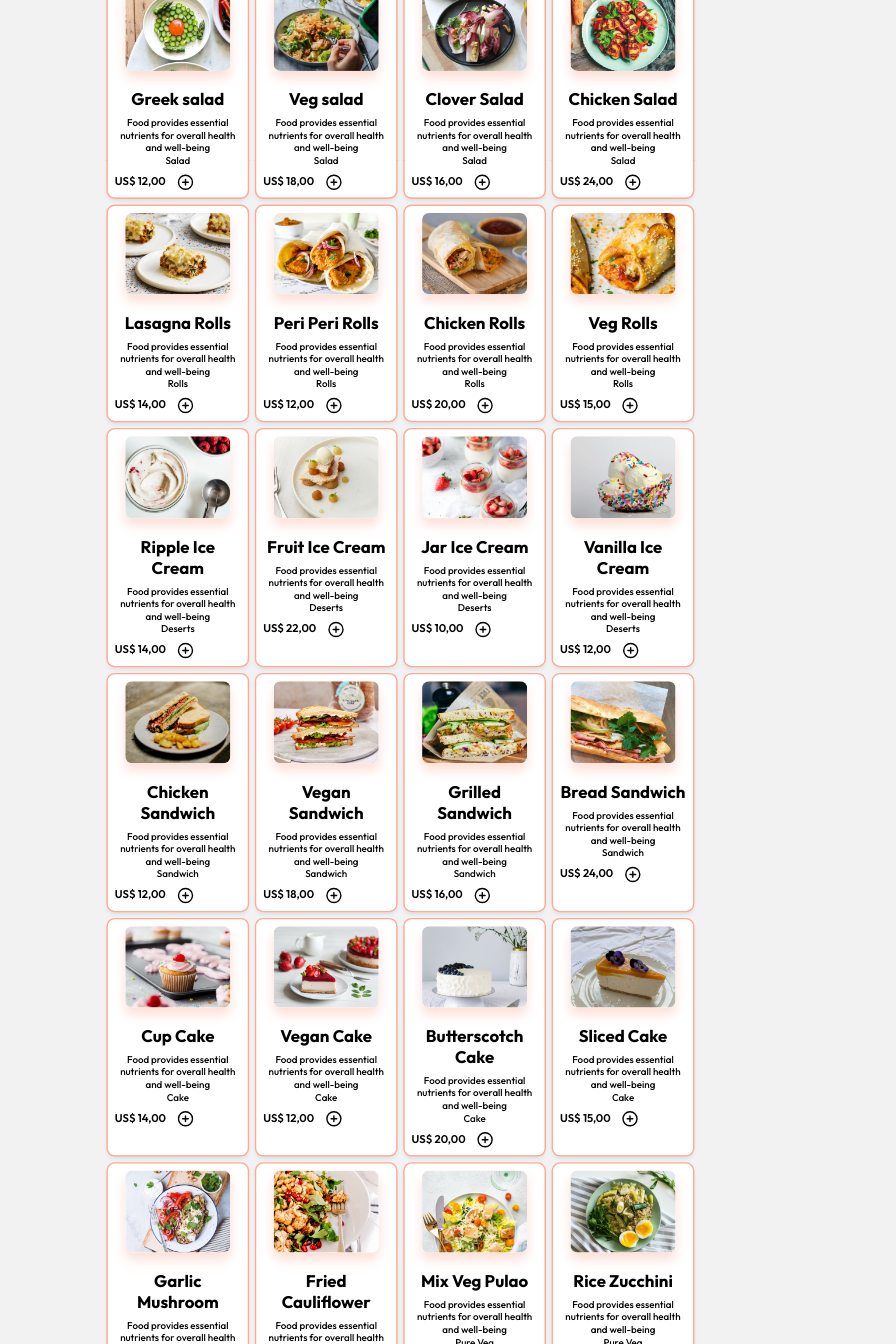
Repository: guilhermecardoso93/foodio
Page: /
An editor plug-in stored every save of this project. The page is shown before and after the next save, followed by the edit.
The browser window is 1280 px wide. The pictures show the part of the page from y = 775 to 2695 px (the page is 3465 px tall), at 70% of full size.
The project was rebuilt for these pictures with package versions that can differ from the ones it lists, and the page was loaded fresh each time. Also part of the build but not shown: vite.config.js, src/index.css.

Above is the page before, as saved 2024-11-05 20:25:57.

### index.html
<!doctype html>
<html lang="en">

<head>
    <meta charset="UTF-8" />
    <link rel="icon" type="image/svg+xml" href="/" />
    <link rel="preconnect" href="https://fonts.googleapis.com">
    <link rel="preconnect" href="https://fonts.gstatic.com" crossorigin>
    <link href="https://fonts.googleapis.com/css2?family=Inter:ital,opsz,wght@0,14..32,100..900;1,14..32,100..900&family=Outfit:wght@100..900&display=swap" rel="stylesheet">
    <meta name="viewport" content="width=device-width, initial-scale=1.0" />
    <title>Foodio</title>
</head>

<body>
    <div id="root"></div>
    <script type="module" src="/src/main.jsx"></script>
</body>

</html>

### src/main.jsx
import { StrictMode } from "react";
import { createRoot } from "react-dom/client";
import { App } from "./App.jsx";

import "./index.css";
createRoot(document.getElementById("root")).render(
  <StrictMode>
    <App />
  </StrictMode>
);

### src/App.jsx
import "./App.css";
import { Main } from "./components/Main";
import { Menu } from "./components/Menu";

export function App() {
  return (
    <>
      <Menu />
      <Main />
    </>
  );
}

### src/App.css
*, ::after, ::before {
  margin: 0;
  padding: 0;
  box-sizing: border-box;
}

body {
  margin: 0 100px;
  background-color: #f2f2f2;
  font-family: "Outfit", serif;
}

### src/components/Main/index.jsx
import imagem1 from "../../assets/images/image1.png";
import imagem5 from "../../assets/images/image5.png";
import { food_list } from "../../assets/assets";
import { CardItem } from "../CardItem";

import "./styles.css";

export function Main() {
  return (
    <main>
      <section className="grid">
        <div className="content">
          <div className="content-left">
            <div className="info">
              <h2>
                Order Your Best
                <br />
                Food anytime
              </h2>
              <p>
                Hey, our delicious food is waiting for you, <br /> We are always
                waiting for you with fresh items of food.
              </p>
            </div>
            <button>Explore Food</button>
          </div>
          <div className="content-right">
            <img src={imagem1} alt="" />
            <img src={imagem5} alt="" />
            <img src={imagem1} alt="" />{" "}
          </div>
        </div>
      </section>
      <section className="category">
        <div className="list-items">
          <h3>Popular Dishes</h3>
          <div className="card-list">
            {food_list.map((item, index) => {
              return (
                <CardItem
                  image={item.image}
                  name={item.name}
                  price={item.price}
                  description={item.description}
                  category={item.category}
                  key={index}
                />
              );
            })}
          </div>
        </div>
      </section>
    </main>
  );
}

### src/components/Menu/index.jsx
import "./styles.css";

export function Menu() {
  function toggleMenu() {}

  return (
    <div className="navbar">
      <div className="navbar-logo">
        <h1>
          Food<b>io</b>
        </h1>
      </div>
      <div className="hamburguer" onClick={toggleMenu()}>
        <span className="bar"></span>
        <span className="bar"></span>
        <span className="bar"></span>
      </div>
      <ul className="navbar-link">
        <li className="active">
          <a href="/">Home</a>
        </li>
        <li className="active">
          <a href="/">Menu</a>
        </li>
        <li className="active">
          <a href="/">Service</a>
        </li>
        <li className="active">
          <a href="/">About Us</a>
        </li>
        <li className="active">
          <a href="/">Gallery</a>
        </li>
      </ul>
      <div className="auth-buttons">
        <input type="submit" className="sign" value="Sign in" name="signin" />
        <input type="submit" className="sign" value="Sign Out" name="signout" />
      </div>
    </div>
  );
}

### src/assets/assets.js

import food_1 from './food/food_1.png'
import food_2 from './food/food_2.png'
import food_3 from './food/food_3.png'
import food_4 from './food/food_4.png'
import food_5 from './food/food_5.png'
import food_6 from './food/food_6.png'
import food_7 from './food/food_7.png'
import food_8 from './food/food_8.png'
import food_9 from './food/food_9.png'
import food_10 from './food/food_10.png'
import food_11 from './food/food_11.png'
import food_12 from './food/food_12.png'
import food_13 from './food/food_13.png'
import food_14 from './food/food_14.png'
import food_15 from './food/food_15.png'
import food_16 from './food/food_16.png'
import food_17 from './food/food_17.png'
import food_18 from './food/food_18.png'
import food_19 from './food/food_19.png'
import food_20 from './food/food_20.png'
import food_21 from './food/food_21.png'
import food_22 from './food/food_22.png'
import food_23 from './food/food_23.png'
import food_24 from './food/food_24.png'
import food_25 from './food/food_25.png'
import food_26 from './food/food_26.png'
import food_27 from './food/food_27.png'
import food_28 from './food/food_28.png'
import food_29 from './food/food_29.png'
import food_30 from './food/food_30.png'
import food_31 from './food/food_31.png'
import food_32 from './food/food_32.png'


export const food_list = [
    {
        _id: "1",
        name: "Greek salad",
        image: food_1,
        price: 12,
        description: "Food provides essential nutrients for overall health and well-being",
        category: "Salad"
    },
    {
        _id: "2",
        name: "Veg salad",
        image: food_2,
        price: 18,
        description: "Food provides essential nutrients for overall health and well-being",
        category: "Salad"
    }, {
        _id: "3",
        name: "Clover Salad",
        image: food_3,
        price: 16,
        description: "Food provides essential nutrients for overall health and well-being",
        category: "Salad"
    }, {
        _id: "4",
        name: "Chicken Salad",
        image: food_4,
        price: 24,
        description: "Food provides essential nutrients for overall health and well-being",
        category: "Salad"
    }, {
        _id: "5",
        name: "Lasagna Rolls",
        image: food_5,
        price: 14,
        description: "Food provides essential nutrients for overall health and well-being",
        category: "Rolls"
    }, {
        _id: "6",
        name: "Peri Peri Rolls",
        image: food_6,
        price: 12,
        description: "Food provides essential nutrients for overall health and well-being",
        category: "Rolls"
    }, {
        _id: "7",
        name: "Chicken Rolls",
        image: food_7,
        price: 20,
        description: "Food provides essential nutrients for overall health and well-being",
        category: "Rolls"
    }, {
        _id: "8",
        name: "Veg Rolls",
        image: food_8,
        price: 15,
        description: "Food provides essential nutrients for overall health and well-being",
        category: "Rolls"
    }, {
        _id: "9",
        name: "Ripple Ice Cream",
        image: food_9,
        price: 14,
        description: "Food provides essential nutrients for overall health and well-being",
        category: "Deserts"
    }, {
        _id: "10",
        name: "Fruit Ice Cream",
        image: food_10,
        price: 22,
        description: "Food provides essential nutrients for overall health and well-being",
        category: "Deserts"
    }, {
        _id: "11",
        name: "Jar Ice Cream",
        image: food_11,
        price: 10,
        description: "Food provides essential nutrients for overall health and well-being",
        category: "Deserts"
    }, {
        _id: "12",
        name: "Vanilla Ice Cream",
        image: food_12,
        price: 12,
        description: "Food provides essential nutrients for overall health and well-being",
        category: "Deserts"
    },
    {
        _id: "13",
        name: "Chicken Sandwich",
        image: food_13,
        price: 12,
        description: "Food provides essential nutrients for overall health and well-being",
        category: "Sandwich"
    },
    {
        _id: "14",
        name: "Vegan Sandwich",
        image: food_14,
        price: 18,
        description: "Food provides essential nutrients for overall health and well-being",
        category: "Sandwich"
    }, {
        _id: "15",
        name: "Grilled Sandwich",
        image: food_15,
        price: 16,
        description: "Food provides essential nutrients for overall health and well-being",
        category: "Sandwich"
    }, {
        _id: "16",
        name: "Bread Sandwich",
        image: food_16,
        price: 24,
        description: "Food provides essential nutrients for overall health and well-being",
        category: "Sandwich"
    }, {
        _id: "17",
        name: "Cup Cake",
        image: food_17,
        price: 14,
        description: "Food provides essential nutrients for overall health and well-being",
        category: "Cake"
    }, {
        _id: "18",
        name: "Vegan Cake",
        image: food_18,
        price: 12,
        description: "Food provides essential nutrients for overall health and well-being",
        category: "Cake"
    }, {
        _id: "19",
        name: "Butterscotch Cake",
        image: food_19,
        price: 20,
        description: "Food provides essential nutrients for overall health and well-being",
        category: "Cake"
    }, {
        _id: "20",
        name: "Sliced Cake",
        image: food_20,
        price: 15,
        description: "Food provides essential nutrients for overall health and well-being",
        category: "Cake"
    }, {
        _id: "21",
        name: "Garlic Mushroom ",
        image: food_21,
        price: 14,
        description: "Food provides essential nutrients for overall health and well-being",
        category: "Pure Veg"
    }, {
        _id: "22",
        name: "Fried Cauliflower",
        image: food_22,
        price: 22,
        description: "Food provides essential nutrients for overall health and well-being",
        category: "Pure Veg"
    }, {
        _id: "23",
        name: "Mix Veg Pulao",
        image: food_23,
        price: 10,
        description: "Food provides essential nutrients for overall health and well-being",
        category: "Pure Veg"
    }, {
        _id: "24",
        name: "Rice Zucchini",
        image: food_24,
        price: 12,
        description: "Food provides essential nutrients for overall health and well-being",
        category: "Pure Veg"
    },
    {
        _id: "25",
        name: "Cheese Pasta",
        image: food_25,
        price: 12,
        description: "Food provides essential nutrients for overall health and well-being",
        category: "Pasta"
    },
    {
        _id: "26",
        name: "Tomato Pasta",
        image: food_26,
        price: 18,
        description: "Food provides essential nutrients for overall health and well-being",
        category: "Pasta"
    }, {
        _id: "27",
        name: "Creamy Pasta",
        image: food_27,
        price: 16,
        description: "Food provides essential nutrients for overall health and well-being",
        category: "Pasta"
    }, {
        _id: "28",
        name: "Chicken Pasta",
        image: food_28,
        price: 24,
        description: "Food provides essential nutrients for overall health and well-being",
        category: "Pasta"
    }, {
        _id: "29",
        name: "Buttter Noodles",
        image: food_29,
        price: 14,
        description: "Food provides essential nutrients for overall health and well-being",
        category: "Noodles"
    }, {
        _id: "30",
        name: "Veg Noodles",
        image: food_30,
        price: 12,
        description: "Food provides essential nutrients for overall health and well-being",
        category: "Noodles"
    }, {
        _id: "31",
        name: "Somen Noodles",
        image: food_31,
        price: 20,
        description: "Food provides essential nutrients for overall health and well-being",
        category: "Noodles"
    }, {
        _id: "32",
        name: "Cooked Noodles",
        image: food_32,
        price: 15,
        description: "Food provides essential nutrients for overall health and well-being",
        category: "Noodles"
    }
]

### src/components/CardItem/index.jsx
import { PlusCircle, PlusCircleIcon } from "lucide-react";
import "./styles.css";

export function CardItem({ image, name, price, description, category }) {
  function formatarPreco(valor) {
    return new Intl.NumberFormat("pt-BR", {
      style: "currency",
      currency: "USD",
    }).format(valor);
  }

  return (
    <div className="card">
      <img src={image} alt="" />
      <div className="title">
        <h1>{name}</h1>
      </div>
      <div className="desc-food">
        <p>{description}</p>
        <p>{category}</p>
      </div>
      <div className="price">
        <span>{formatarPreco(price)}</span>
        <PlusCircle />
      </div>
    </div>
  );
}

### src/components/Main/styles.css
.content {
  display: grid;
  grid-template-columns: 50% auto;
  margin-top: 100px;
  gap: 30px;
  align-items: center;
  justify-content: space-between;
  width: 100%;
}

.content-left {
  display: block;
  width: 100%;
}

.content-left .info {
  max-width: 100%;
  display: flex;
  flex-direction: column;
}

.content-left .info h2 {
  font-size: 60px;
  margin-bottom: 30px;
}

.content-left .info p {
  font-size: 20px;
  line-height: 2pc;
  margin-bottom: 30px;
}

.content-left button {
  padding: 10px 23px;
  background-color: #ff511c;
  color: #f2f2f2;
  border-radius: 5px;
  border: none;
  cursor: pointer;
  font-weight: 600;
  font-size: 1.2rem;
  margin-bottom: 5px;
}

.content-left button:hover {
  color: #ff511c;
  background-color: #f2f2f2;
  border: solid 2px #ff511c;
  padding: 8px 21px;
}

.grid {
  width: 100%;
  max-width: 1200px;
  margin: 0 auto;
  padding: 20px;
}

.content-right {
  position: relative;
  height: 400px;
  width: 400px;
  display: flex;
  justify-content: center;
  align-items: center;
}

.content-right img {
  position: absolute;
  width: 100%;
  height: 100%;
  object-fit: cover;
  opacity: 0;
  animation: imageSwitch 15s infinite, rotate 3s linear infinite;
  transform-origin: center center;
}

.content-right img:nth-child(1) {
  animation-delay: 0s;
}

.content-right img:nth-child(2) {
  animation-delay: 5s;
}

.content-right img:nth-child(3) {
  animation-delay: 10s;
}

@keyframes rotate {
  from {
    transform: rotate(0deg);
  }

  to {
    transform: rotate(360deg);
  }
}

@keyframes imageSwitch {
  0%, 33% {
    opacity: 1;
  }

  34%, 100% {
    opacity: 0;
  }
}

.category {
  width: 100%;
  display: flex;
  margin-bottom: 50px;
  justify-content: center;
}

.category .list-items {
  width: 90%;
  position: relative;
  position: relative;
}

.category .list-items h3 {
  font-size: 2rem;
  font-weight: 600;
  margin-bottom: 70px;
}

.category .list-items .card-list {
  display: flex;
  flex-wrap: wrap;
  gap: 12px;
}

### src/components/Menu/styles.css
.navbar {
  width: 100%;
  display: flex;
  justify-content: space-between;
  align-items: center;
  padding: 30px 0;
}

.navbar-logo {
  font-weight: 600;
  color: rgb(122, 122, 122);
}

.navbar-logo b {
  color: #ff511c;
}

.navbar-link {
  display: flex;
  list-style: none;
}

.navbar-link li {
  margin-right: 30px;
}

.navbar-link li a {
  text-decoration: none;
  color: rgb(122, 122, 122);
  font-weight: 500;
  font-size: 17px;
}

.navbar-link li a:hover {
  color: #ff511c;
}

.navbar-link .active::after {
  content: "";
  width: 100%;
  height: 3px;
  background-color: #ff511c;
  display: flex;
  position: relative;
  margin-top: 3x;
}

.auth-buttons {
  display: flex;
  align-items: center;
  gap: 10px;
}

input {
  padding: 10px;
  cursor: pointer;
  font-weight: 600;
}

.sign {
  background: transparent;
  border: none;
  color: rgb(122, 122, 122);
  font-weight: 500;
  font-size: 17px;
  text-decoration: none;
}

.sign:hover {
  background-color: #ff511c;
  border-radius: 10px;
  color: black;
}

### src/components/CardItem/styles.css
.card {
  width: 200px;
  min-height: 250px;
  /* Define uma altura mínima para o cartão */
  display: flex;
  flex-direction: column;
  align-items: center;
  padding: 10px;
  border-radius: 10px;
  position: relative;
  background-color: #ffffff;
  outline: 2px solid #ffaa96;
  box-shadow: 0 4px 8px rgba(0, 0, 0, 0.1);
}

.card img {
  width: 100%;
  max-width: 150px;
  height: auto;
  border-radius: 10px;
  object-fit: cover;
  object-position: center;
  background-repeat: no-repeat;
  box-shadow: 0 10px 15px rgba(250, 173, 150, 0.4);
  /* Ajusta a sombra */
  margin-bottom: 15px;
  /* Espaço entre a imagem e o conteúdo abaixo */
}

.card .title {
  padding: 10px 0 10px;
}

.card .title h1 {
  text-align: center;
  font-weight: bold;
  font-size: 1.5rem;
}

.desc-food p {
  font-size: 14px;
  text-align: center;
  font-weight: 500;
}

.price {
  display: flex;
  margin-top: 10px;
  justify-content: space-between;
  align-self: flex-start;
  font-weight: 600;
  gap: 1rem;
}

.card-content {
  text-align: center;
  /* Centraliza o conteúdo */
  padding: 5px;
}

After the next save:
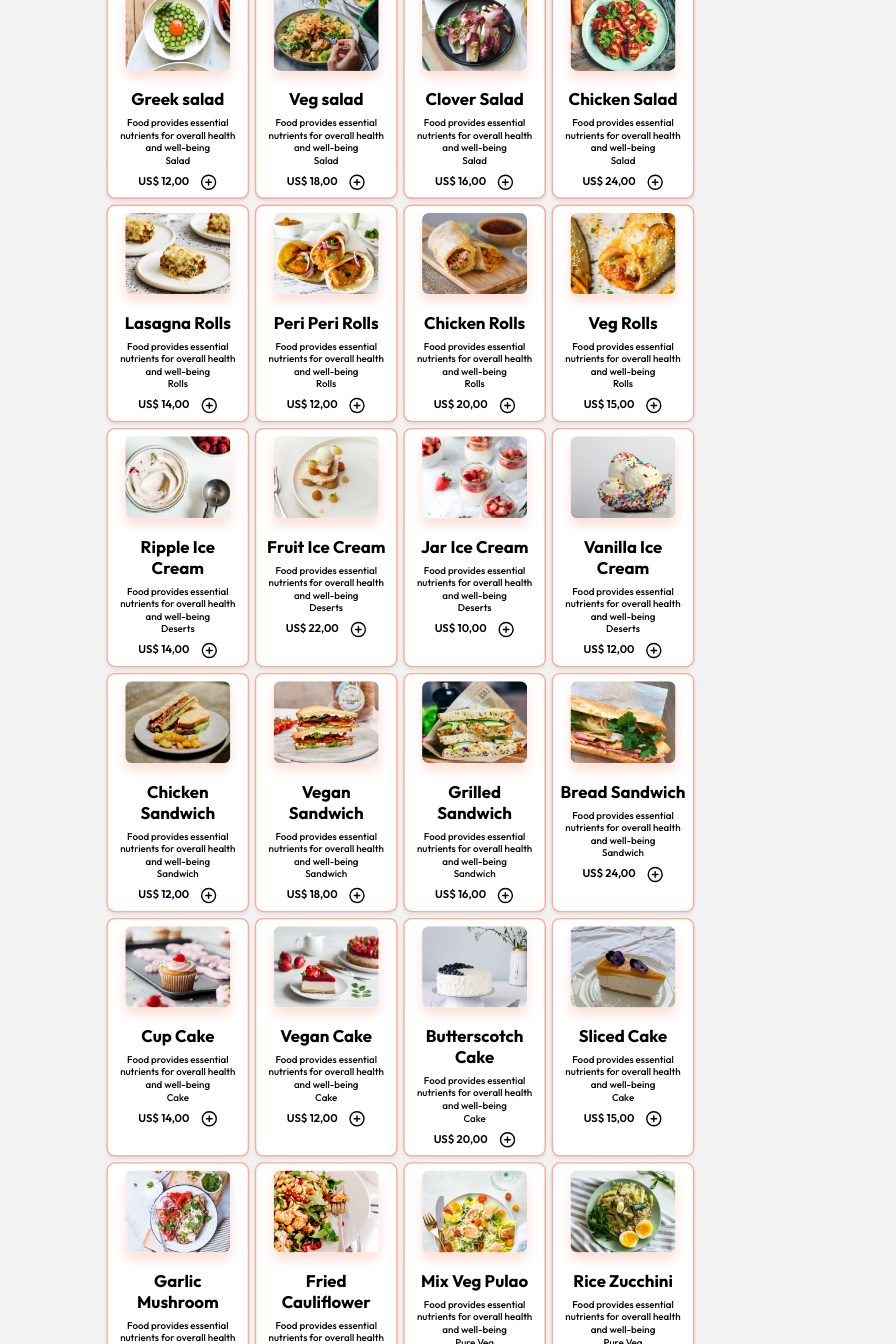
Saved 5 s later.
--- a/src/components/CardItem/styles.css
+++ b/src/components/CardItem/styles.css
@@ -47,7 +47,7 @@
   display: flex;
   margin-top: 10px;
   justify-content: space-between;
-  align-self: flex-start;
+  align-self: center;
   font-weight: 600;
   gap: 1rem;
 }
